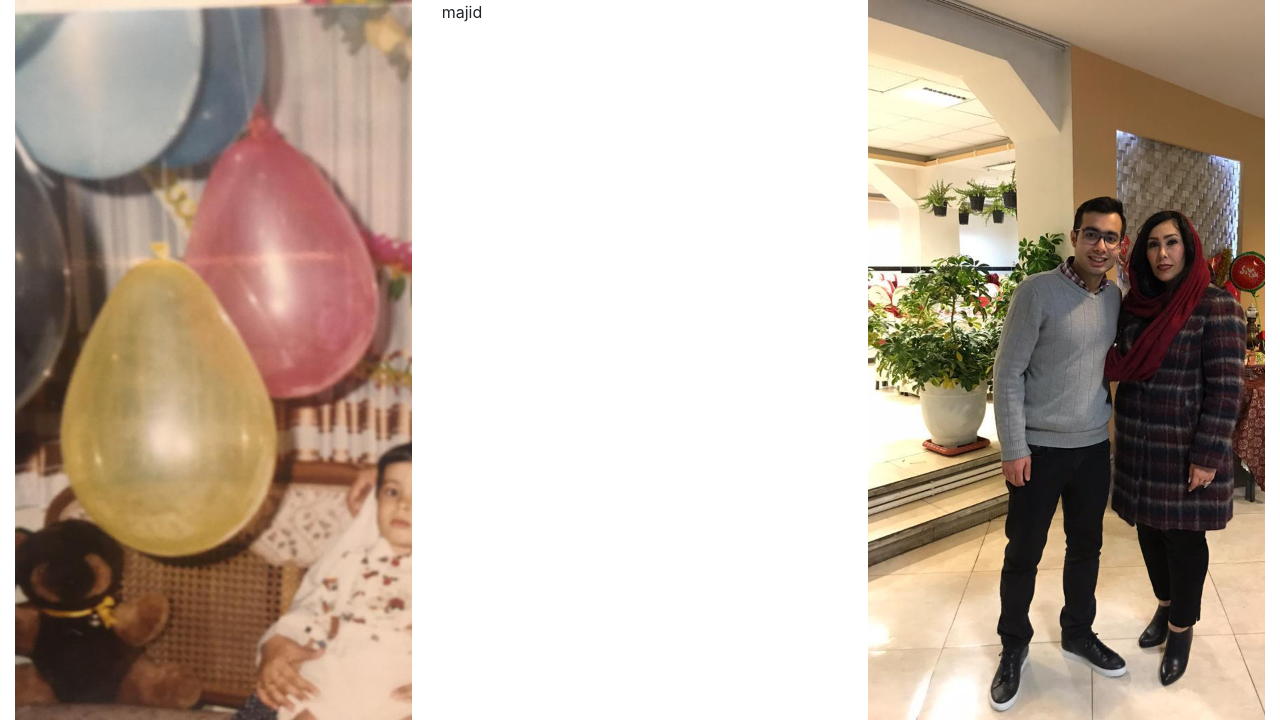
Repository: mirfarzam/mirfarzam.github.io
Page: khalelila/index.html
The author's editor kept a copy of each file at every save. The page is drawn from the files as they stood at one save, then again after the next save.
The browser window is 1280 px wide. The pictures show the whole page.

Above is the page before, as saved 2020-04-30 21:12:40.

After the next save:
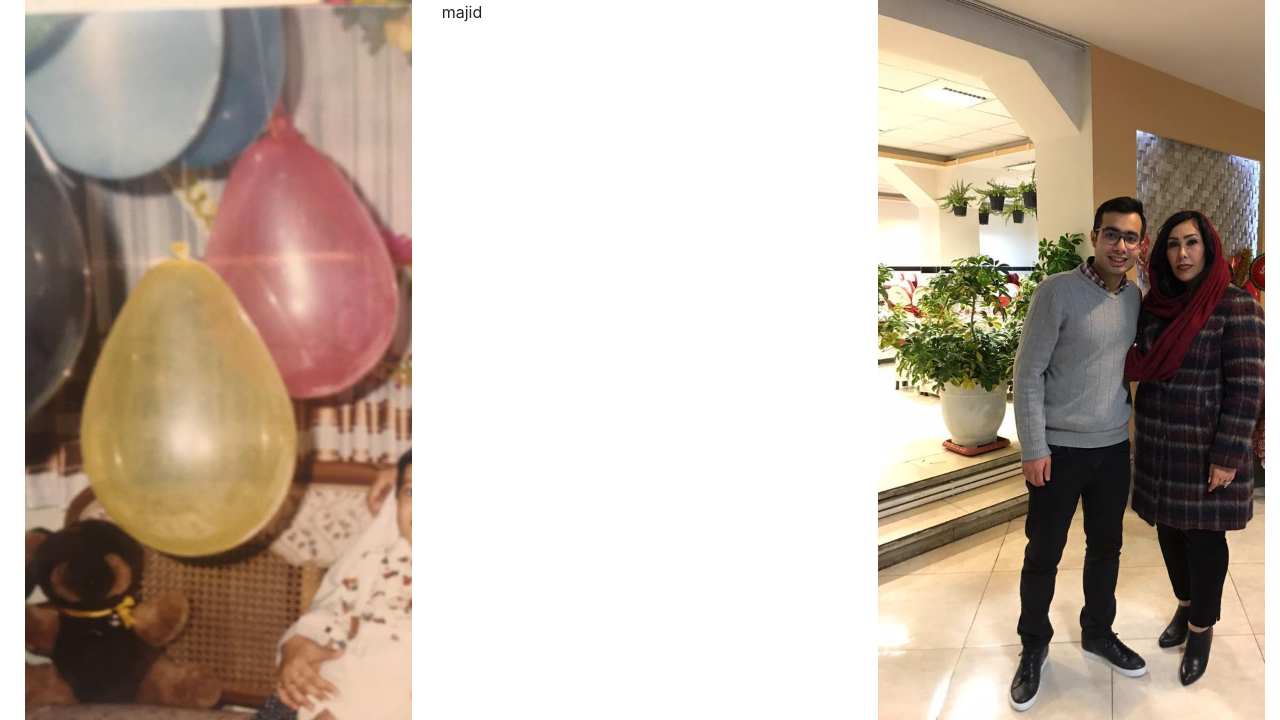
Saved 8 s later.
--- a/khalelila/index.html
+++ b/khalelila/index.html
@@ -28,7 +28,7 @@
     top:0;
     left:0;
     object-fit:cover;
-    object-position: -10px;
+    object-position: 10px;
 }
 
 </style>

After the save that followed:
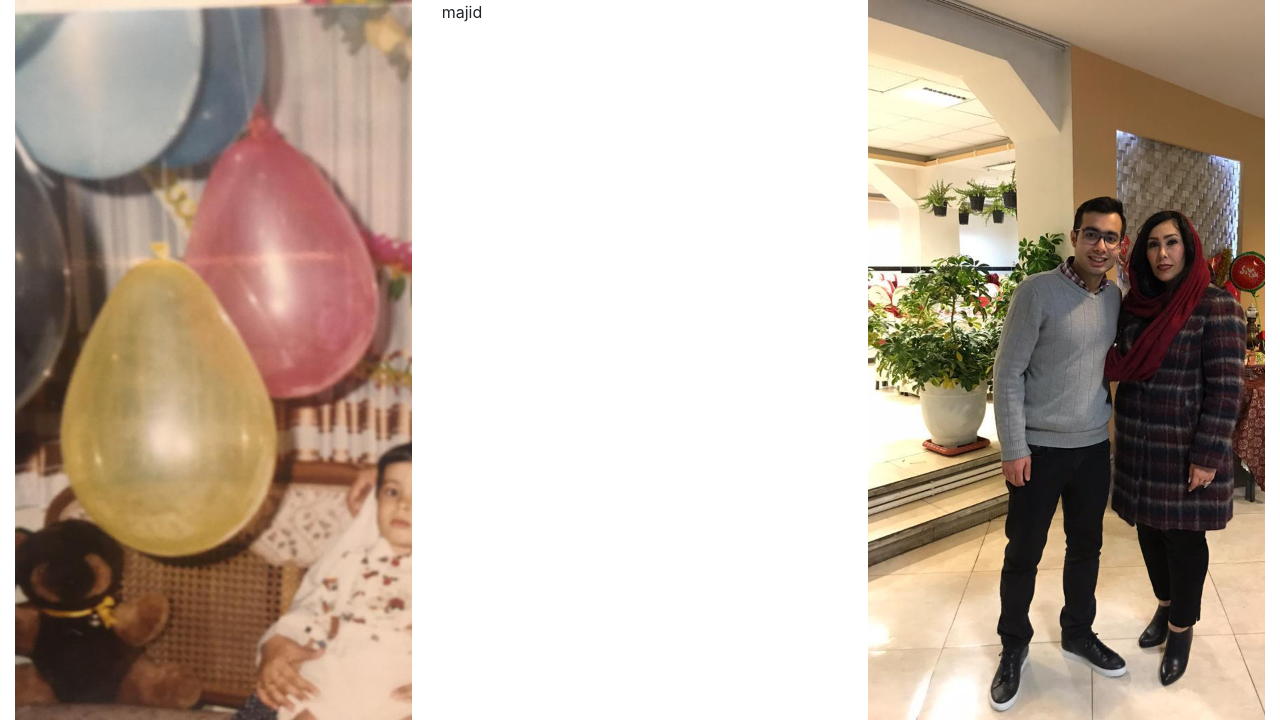
Saved 9 s later.
--- a/khalelila/index.html
+++ b/khalelila/index.html
@@ -28,7 +28,7 @@
     top:0;
     left:0;
     object-fit:cover;
-    object-position: 10px;
+    object-position: -10px;
 }
 
 </style>
